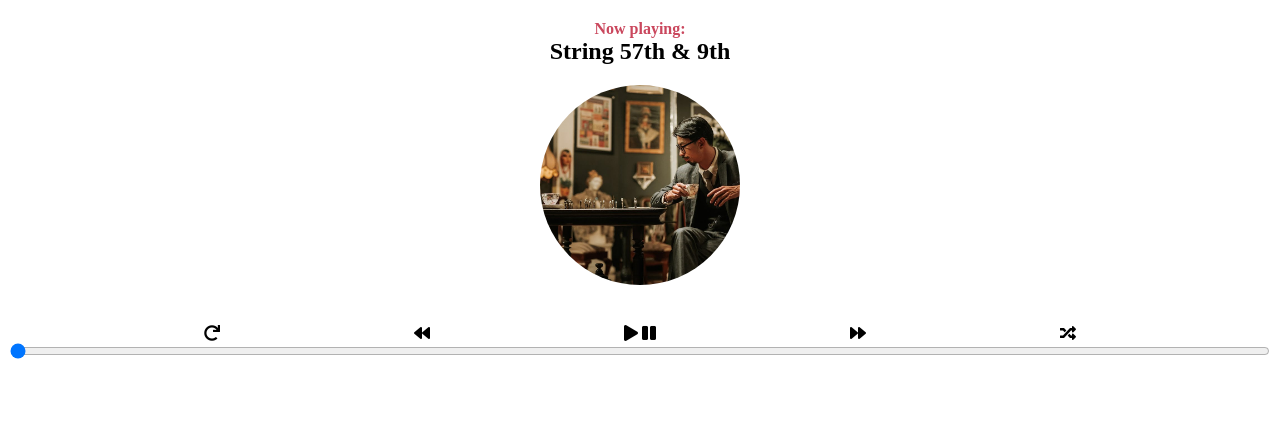
Repository: dovanthao2404/AppMusicPlayer
Page: index.html
The author's editor kept a copy of each file at every save. The page is drawn from the files as they stood at one save, then again after the next save.
The browser window is 1280 px wide. The pictures show the whole page.

Above is the page before, as saved 2021-06-28 02:09:56.

After the next save:
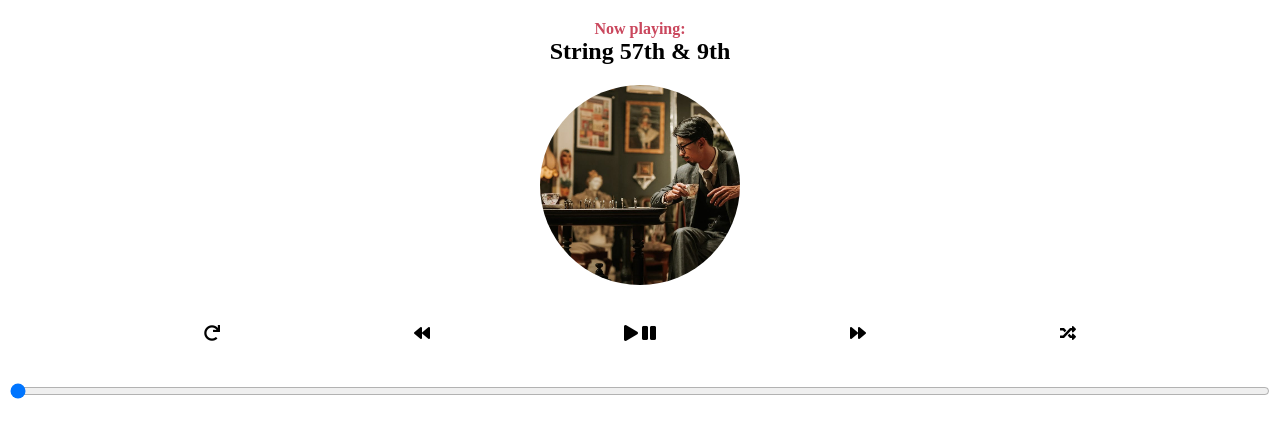
Saved 9 s later.
--- a/css/app.css
+++ b/css/app.css
@@ -29,7 +29,7 @@ header h4 {
 .controls {
   display: flex;
   justify-content: space-evenly;
-  margin-top: 40px;
+  margin: 40px 0;
 }
 .progress {
   width: 100%;
